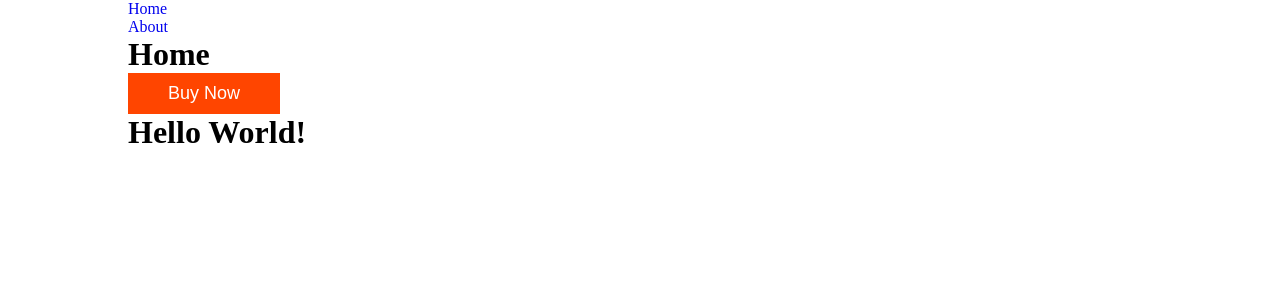
Repository: tuankiet10920/vuejs
Page: /
An editor plug-in stored every save of this project. The page is shown before and after the next save, followed by the edit.
The browser window is 1280 px wide. The pictures show the whole page.
The project was rebuilt for these pictures with package versions that can differ from the ones it lists, and the page was loaded fresh each time. Also part of the build but not shown: vite.config.js, src/components/product.vue.

Above is the page before, as saved 2024-08-23 11:09:52.

### index.html
<!DOCTYPE html>
<html lang="en">
  <head>
    <meta charset="UTF-8">
    <link rel="icon" href="/favicon.ico">
    <meta name="viewport" content="width=device-width, initial-scale=1.0">
    <title>Vite App</title>
    <style>
      *{
        margin: 0;
        padding: 0;
        box-sizing: border-box;
        list-style: none;
        text-decoration: none;
      }
      body{
        width: 100%;
        display: flex;
        justify-content: center;
      }
      #app{
        width: 80%;
      }
    </style>
  </head>
  <body>
    <div id="app"></div>
    <script type="module" src="/src/main.js"></script>
  </body>
</html>

### src/App.vue
<script setup>
import { RouterLink, RouterView } from 'vue-router'

let a1= 1;
</script>

<template>
<!-- <RouterLink to="/">Home</RouterLink> -->
  <header>
    <ul>
      <li>
        <RouterLink to="/">Home</RouterLink>
      </li>
      <li>
        <RouterLink to="/about">About</RouterLink>
      </li>
    </ul>
  </header>
  <RouterView/>
</template>

### src/router/index.js
import { createRouter, createWebHistory } from 'vue-router'

const router = createRouter({
  history: createWebHistory(import.meta.env.BASE_URL),
  routes: [
    {
      path: '/',
      name: 'home',
      component: () => import('../views/HomeView.vue')
    },
    {
      path: '/about',
      name: 'about',
      component: () => import('../views/AboutView.vue')
    }
  ]
})

export default router

### src/views/HomeView.vue
<script setup>
    import Products from "../components/products.vue";
</script>

<template>
  <h1>Home</h1>
  <!-- products -->
  <Products/>


</template>

### src/components/products.vue
<script setup>
    import ProductComponent from './product.vue';
    import buttonComponent from './button.vue';
    let string = 'Hello World!';
    let a1 = 1;
    console.log(a1);

</script>

<template>
    <buttonComponent :message="string"/>
    <div class="products">
        <!-- <ProductComponent/>
        <ProductComponent/>
        <ProductComponent/>
        <ProductComponent/> -->
    </div>
</template>

<style scoped>
    .products{
        width: 100%;
        display: grid;
        grid-template-columns: repeat(auto-fit, minmax(calc(100% / 5), 1fr));
        gap: 20px;
    }
</style>

### src/components/button.vue
<script setup>
    const props = defineProps({
        message : String
    });
    console.log(props);

</script>

<template>
    <button type="button" class="button-component">
        Buy Now
    </button>
    <h1>{{ message }}</h1>
</template>

<style scoped>
    .button-component{
        border: none;
        background: orangered;
        color: #fff;
        font-size: 18px;
        padding: 10px 40px;
        transition: all .3s ease-in-out;
        width: fit-content;
    }
    .button-component:hover{
        background: brown;
        border-radius: 20px;
    }
</style>

Loaded but not shown: src/main.js (common file)

After the next save:
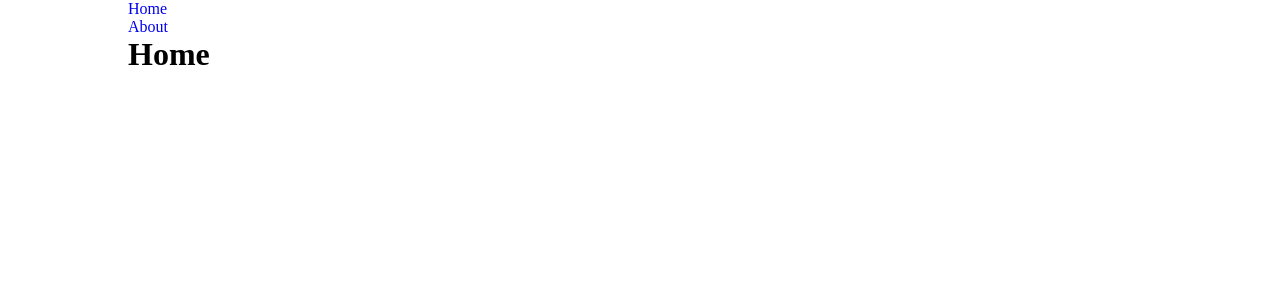
Console error: ReferenceError: a1 is not defined
Saved 19 s later.
--- a/src/components/products.vue
+++ b/src/components/products.vue
@@ -2,7 +2,6 @@
     import ProductComponent from './product.vue';
     import buttonComponent from './button.vue';
     let string = 'Hello World!';
-    let a1 = 1;
     console.log(a1);
 
 </script>

After the 2 saves that followed:
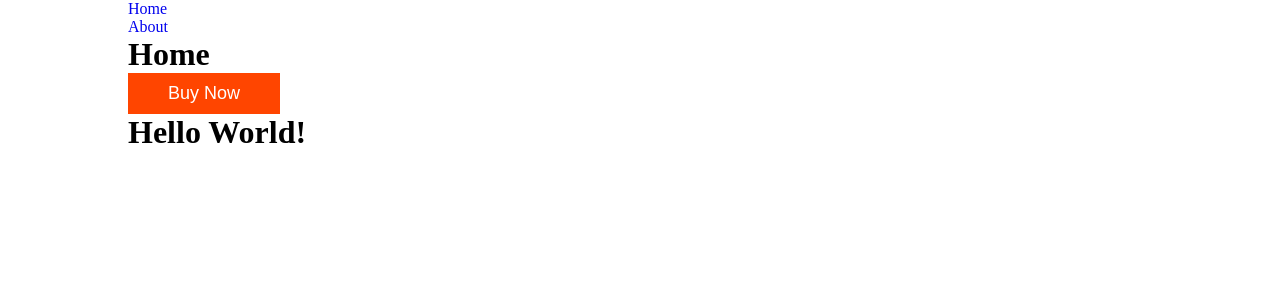
The error is gone.
The 2 saves are shown as one change because 1 left the picture as it was.
The last was saved 27 s later.
--- a/src/App.vue
+++ b/src/App.vue
@@ -1,7 +1,7 @@
 <script setup>
 import { RouterLink, RouterView } from 'vue-router'
 
-let a1= 1;
+
 </script>
 
 <template>
--- a/src/components/products.vue
+++ b/src/components/products.vue
@@ -2,7 +2,6 @@
     import ProductComponent from './product.vue';
     import buttonComponent from './button.vue';
     let string = 'Hello World!';
-    console.log(a1);
 
 </script>
 
